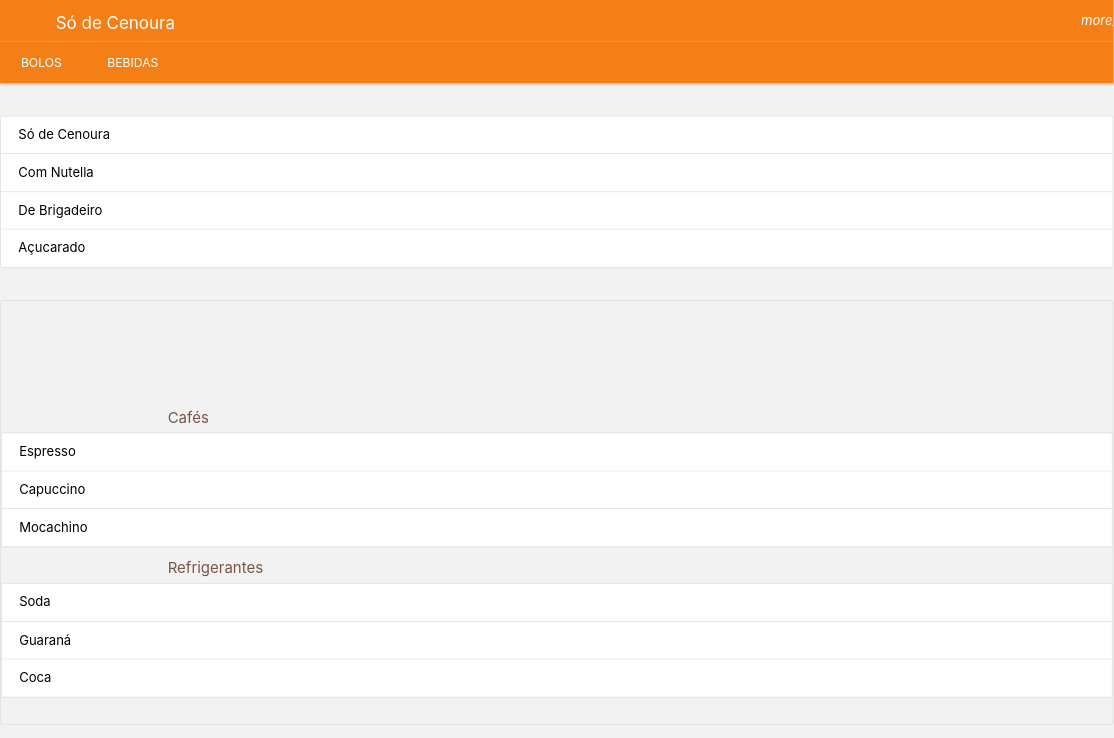
Repository: TaRCioS-CLaY/Mobile_RC_Clay
Page: garconapp/www/index.html
An editor plug-in stored every save of this project. The page is shown before and after the next save, followed by the edit.
The browser window is 1280 px wide. The pictures show the whole page, at 87% of full size.

Above is the page before, as saved 2019-05-02 23:30:02.

After the next save:
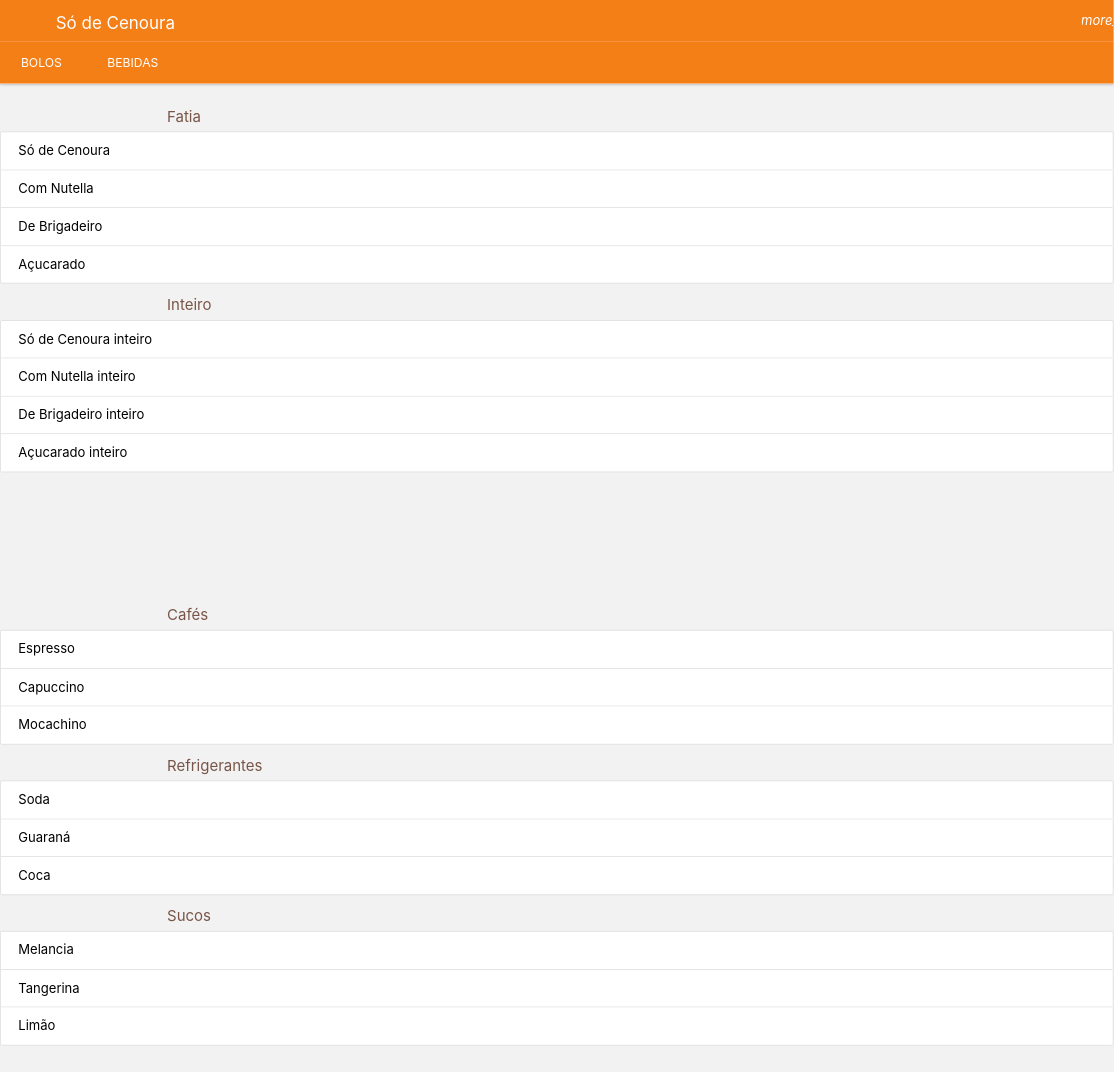
Saved 60 s later.
--- a/garconapp/www/index.html
+++ b/garconapp/www/index.html
@@ -10,51 +10,72 @@
     <link	rel="stylesheet" href="css/estilos.css">
   </head>
   <body>
-    <div	class="topo-fixo	z-depth-1">
-    <div	class="valign-wrapper	yellow	darken-4	white-text">
-      <h5	class="titulo">Só	de	Cenoura</h5>
-      <div>
-              <i	class="material-icons	waves-effect
-                                  waves-light	waves-circle">more_vert</i>
+
+      <div class="topo-fixo z-depth-1">
+          <div class="valign-wrapper yellow darken-4 white-text">
+              <h5 class="titulo">Só de Cenoura</h5>
+
+              <div>
+                  <i class="material-icons waves-effect
+                            waves-light waves-circle">more_vert</i>
+              </div>
+          </div>
+
+          <ul class="tabs yellow darken-4">
+              <li class="tab">
+                  <a href="#bolos"
+                     class="white-text waves-effect waves-light">
+                      Bolos
+                  </a>
+              </li>
+              <li class="tab">
+                  <a href="#bebidas"
+                     class="white-text waves-effect waves-light">
+                      Bebidas
+                  </a>
+              </li>
+          </ul>
       </div>
-</div>
-    <ul	class="tabs	yellow	darken-4">
-      <li	class="tab">
-        <a	href="#bolos"
-           class="white-text	waves-effect	waves-light">
-          Bolos
-        </a>
-      </li>
-      <li	class="tab">
-        <a	href="#bebidas"
-           class="white-text	waves-effect	waves-light">
-          Bebidas
-        </a>
-      </li>
-    </ul>
-    </div>
-    <div	id="bolos" class="section">
-      <div	class="collection">
-        <a	class="collection-item waves-effect black-text">Só	de	Cenoura</a>
-        <a	class="collection-item waves-effect black-text">Com	Nutella</a>
-        <a	class="collection-item waves-effect black-text">De	Brigadeiro</a>
-        <a	class="collection-item waves-effect black-text">Açucarado</a>
+
+      <div id="bolos" class="section">
+          <h6 class="container brown-text">Fatia</h6>
+          <div class="collection">
+              <a class="collection-item waves-effect black-text">Só de Cenoura</a>
+              <a class="collection-item waves-effect black-text">Com Nutella</a>
+              <a class="collection-item waves-effect black-text">De Brigadeiro</a>
+              <a class="collection-item waves-effect black-text">Açucarado</a>
+          </div>
+
+          <h6 class="container brown-text">Inteiro</h6>
+          <div class="collection">
+              <a class="collection-item waves-effect black-text">Só de Cenoura inteiro</a>
+              <a class="collection-item waves-effect black-text">Com Nutella inteiro</a>
+              <a class="collection-item waves-effect black-text">De Brigadeiro inteiro</a>
+              <a class="collection-item waves-effect black-text">Açucarado inteiro</a>
+          </div>
       </div>
-    </div>
-    <div	class="collection brown-text">
-      <div	id="bebidas" class="section">
-        <h6	class="container">Cafés</h6>
-        <div	class="collection">
-          <a	class="collection-item waves-effect black-text">Espresso</a>
-          <a	class="collection-item waves-effect black-text">Capuccino</a>
-          <a	class="collection-item waves-effect black-text">Mocachino</a>
-        </div>
-        <h6	class="container brown-text">Refrigerantes</h6>
-        <div	class="collection">
-          <a	class="collection-item waves-effect black-text">Soda</a>
-          <a	class="collection-item waves-effect black-text">Guaraná</a>
-          <a	class="collection-item waves-effect black-text">Coca</a>
-        </div>
+
+      <div id="bebidas" class="section">
+          <h6 class="container brown-text">Cafés</h6>
+          <div class="collection">
+              <a class="collection-item waves-effect black-text">Espresso</a>
+              <a class="collection-item waves-effect black-text">Capuccino</a>
+              <a class="collection-item waves-effect black-text">Mocachino</a>
+          </div>
+
+          <h6 class="container brown-text">Refrigerantes</h6>
+          <div class="collection">
+              <a class="collection-item waves-effect black-text">Soda</a>
+              <a class="collection-item waves-effect black-text">Guaraná</a>
+              <a class="collection-item waves-effect black-text">Coca</a>
+          </div>
+
+          <h6 class="container brown-text">Sucos</h6>
+          <div class="collection">
+              <a class="collection-item waves-effect black-text">Melancia</a>
+              <a class="collection-item waves-effect black-text">Tangerina</a>
+              <a class="collection-item waves-effect black-text">Limão</a>
+          </div>
       </div>
 
 
